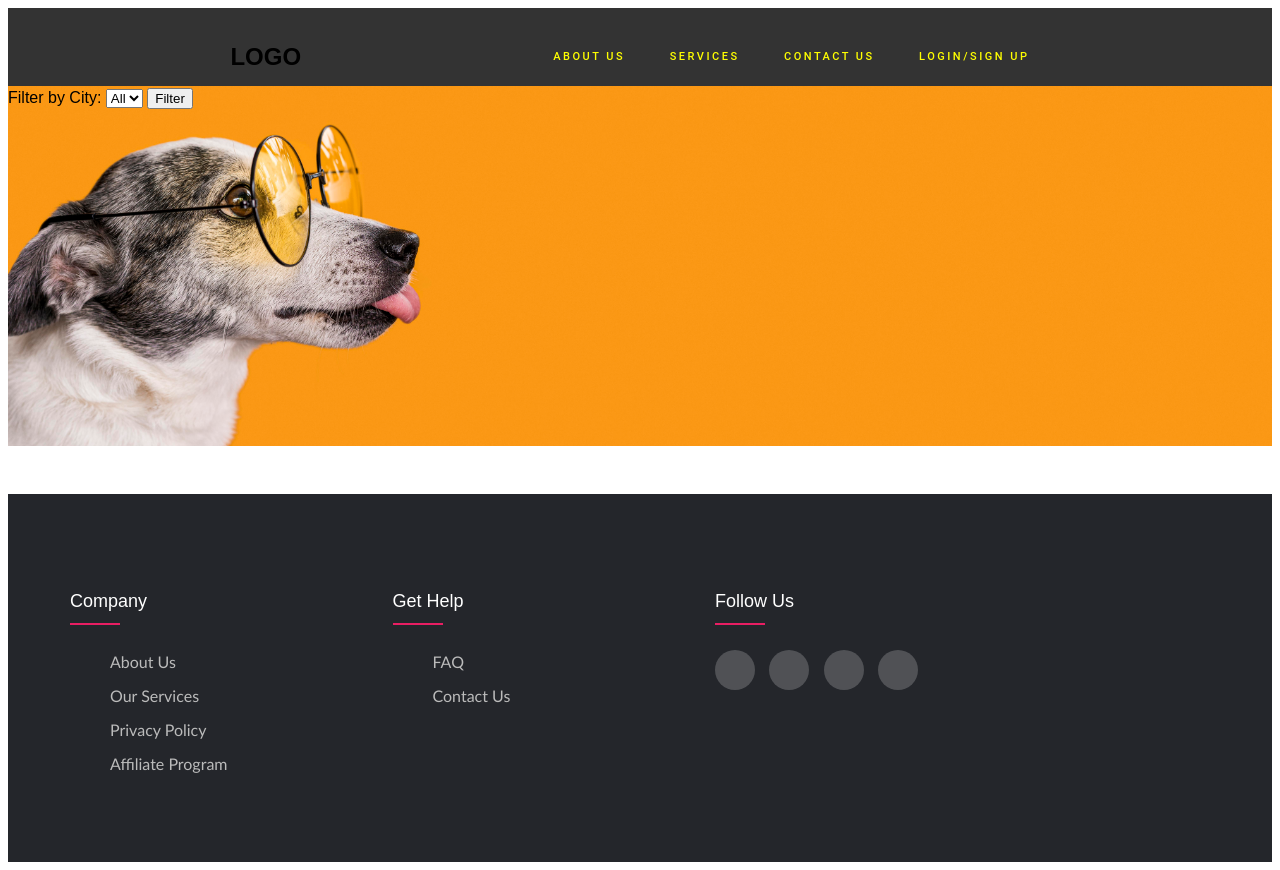
Repository: RishuGudigar/pawtakers
Page: templates/home.html
The author's editor kept a copy of each file at every save. The page is drawn from the files as they stood at one save, then again after the next save.
The browser window is 1280 px wide. The pictures show the whole page.
The page is served by the project's application, run on Django 4.2 (manage.py). The template is opened directly, without the code that normally fills it, so the values that code supplies are empty.

Above is the page before, as saved 2023-05-22 08:25:48.

After the next save:
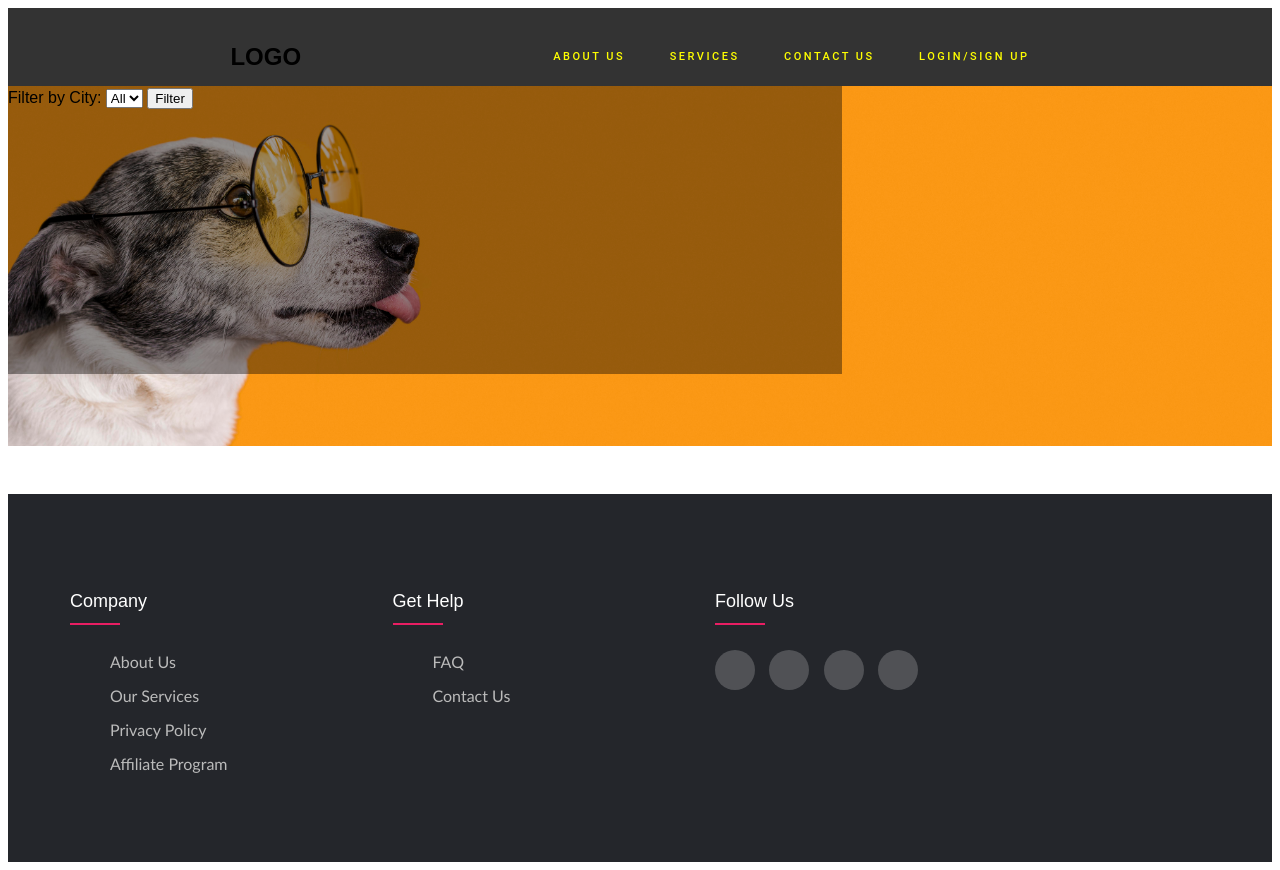
Saved 64 s later.
--- a/pawtakers/templates/home.html
+++ b/pawtakers/templates/home.html
@@ -201,7 +201,9 @@
     }
     .inner_form{
         width:66%;
-        height:80%;    }
+        height:80%;
+        background-color:rgba(0,0,0,0.4);
+        }
 
 </style>
 <div class="nav-bar">
